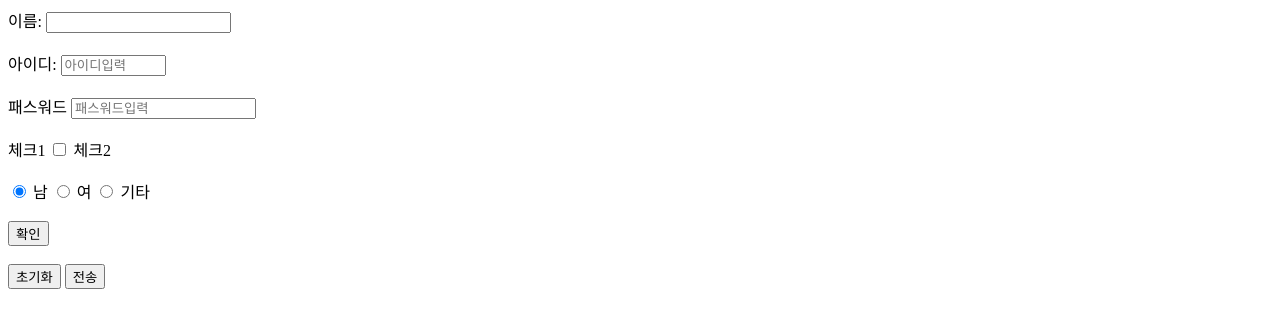
Repository: jihoonys82/weblec
Page: Front/WebContent/Ex01_HTML_tag/tagEx_09.html
The author's editor kept a copy of each file at every save. The page is drawn from the files as they stood at one save, then again after the next save.
The browser window is 1280 px wide. The pictures show the whole page.

Above is the page before, as saved 2018-07-24 10:48:45.

After the next save:
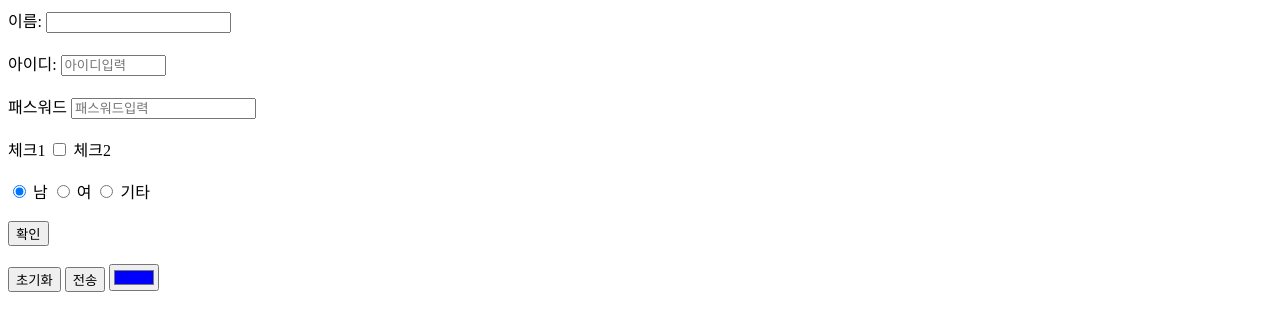
Saved 62 s later.
--- a/Front/WebContent/Ex01_HTML_tag/tagEx_09.html
+++ b/Front/WebContent/Ex01_HTML_tag/tagEx_09.html
@@ -38,10 +38,13 @@
 	<br><br>
 	<input type="reset" value="초기화" />
 
-	<input type="hidden" value="숨김"/>
+	<input type="submit" value="전송" />
 
 
-	<input type="submit" value="전송" />
+	<input type="hidden" name="hiddenData" value="숨김"/>
+
+	<input type="color" name="color" value="#0000FF" />
+
 </form>
 
 </div>
